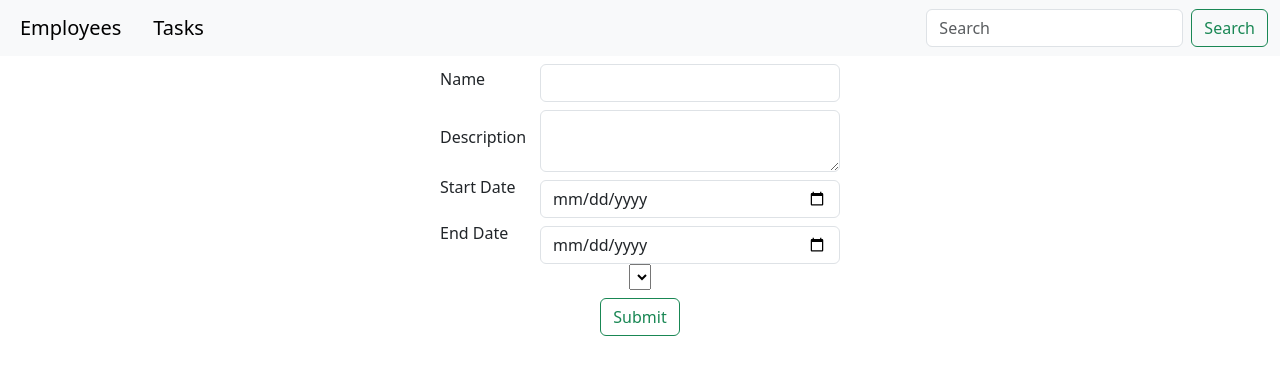
Repository: RaffiBarseghyan/employees
Page: /tasks
An editor plug-in stored every save of this project. The page is shown before and after a run of saves, followed by the edit.
The browser window is 1280 px wide. The pictures show the whole page.
The project was rebuilt for these pictures with package versions that can differ from the ones it lists, and the page was loaded fresh each time. Some packages were replaced by stand-ins written for this rebuild. Also part of the build but not shown: src/App.css, src/Pages/Employees/employees.module.scss, src/Pages/UpDel/upDel.module.scss, src/Pages/UpDel/delete.jsx, src/Pages/Employees/employees.jsx, src/Pages/UpDel/update.jsx.

Above is the page before, as saved 2023-06-15 21:44:49.

### src/App.jsx
import "./App.css";
import Header from "./Pages/Header/header";
import { BrowserRouter, Routes, Route } from "react-router-dom";
import "bootstrap/dist/css/bootstrap.css";
import Employees from "./Pages/Employees/employees";
import Tasks from "./Pages/Tasks/tasks";
import Update from "./Pages/UpDel/update";

function App() {
  return (
    <>
      <BrowserRouter>
        <Header />

        <Routes>
          <Route path="/employees" element={<Employees />} />

          <Route path="/tasks" element={<Tasks />} />
          <Route path="/update" element={<Update />} />
        </Routes>
      </BrowserRouter>
    </>
  );
}

export default App;

### src/Pages/Header/header.jsx
import { Link } from "react-router-dom";
import style from "./header.module.scss";

function Header() {
  return (
    <>
      <nav className="navbar navbar-expand-lg bg-body-tertiary">
        <div className="container-fluid">
          <button
            className="navbar-toggler"
            type="button"
            data-bs-toggle="collapse"
            data-bs-target="#navbarSupportedContent"
            aria-controls="navbarSupportedContent"
            aria-expanded="false"
            aria-label="Toggle navigation"
          >
            <span className="navbar-toggler-icon"></span>
          </button>
          <div className="collapse navbar-collapse" id="navbarSupportedContent">
            <ul className="navbar-nav me-auto mb-2 mb-lg-0">
              <li className="nav-item">
                <Link className={`nav-link navbar-brand active ${style.linkStyle}`} to="/employees">
                  Employees
                </Link>
              </li>
              <li className="nav-item">
                <Link
                  className={`nav-link navbar-brand ${style.linkStyle}`}
                  to="/tasks"
                >
                  Tasks
                </Link>
              </li>
            </ul>
            <form className="d-flex" role="search">
              <input
                className="form-control me-2"
                type="search"
                placeholder="Search"
                aria-label="Search"
              />
              <button className="btn btn-outline-success" type="submit">
                Search
              </button>
            </form>
          </div>
        </div>
      </nav>
    </>
  );
}

export default Header;

### src/Pages/Tasks/tasks.jsx
import style from "./tasks.module.scss";

function Tasks() {
  return (
    <>
      <form
        action="https://rocky-temple-83495.herokuapp.com/tasks"
        method="post"
        target="_blank"
        className={`${style.employeeForm} container`}
      >
        <label htmlFor="name">
          Name
          <input
            className="form-control mt-2 "
            type="text"
            id="name"
            name="name"
          />
        </label>

        <label htmlFor="description">
          Description
          <textarea
            name="description"
            id="description"
            className="form-control mt-2"
          ></textarea>
        </label>

        <label htmlFor="startDate">
          <p>Start Date </p>
          <input
            className="form-control mt-2"
            type="date"
            id="startDate"
            name="startDate"
            placeholder="startDate"
          />
        </label>

        <label htmlFor="endDate">
          <p> End Date</p>
          <input
            className="form-control mt-2"
            type="date"
            id="endDate"
            name="endDate"
            placeholder="endDate"
          />
        </label>
        <label htmlFor="">

        </label>
        <select name="employeeId" id="">

        </select>

        <input
          className="btn btn-outline-success mt-2"
          type="submit"
          value="Submit"
        />
      </form>
    </>
  );
}

export default Tasks;

### src/Pages/Tasks/tasks.module.scss
.employeeForm{
    width: 500px;
    display: flex;
    flex-direction: column;
    align-items: center;
    >label{
        width: 400px;
        display: flex;
        align-items: center;
        flex-direction: row;
        >input{
            width: 300px;
            margin-left: auto;

        }
        >textarea{
            width: 300px;
            margin-left: auto;

        }
    }

}

Loaded but not shown: src/index.js (common file); src/index.css (common file); src/reportWebVitals.js (common file); src/Pages/Header/header.module.scss (no stored copy; drawn as an empty file)

After the next 3 saves:
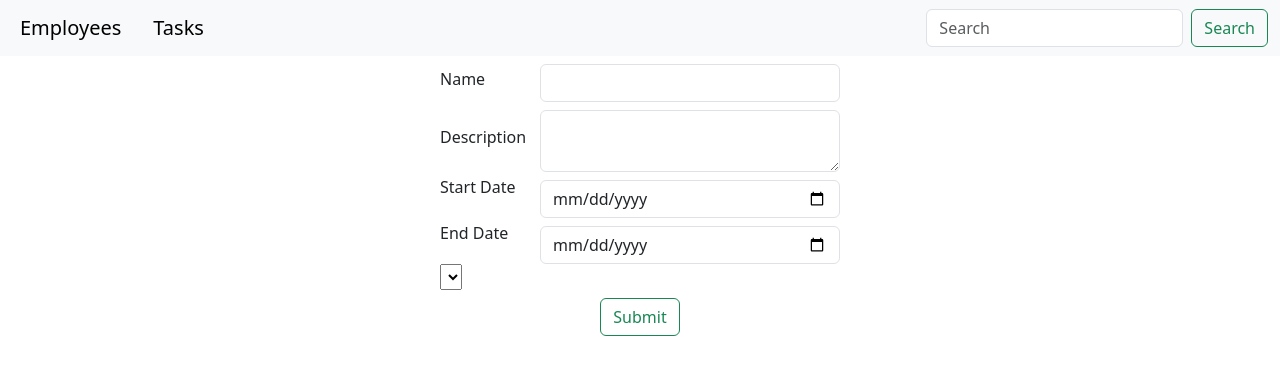
The 3 saves are shown as one change because they came seconds apart.
The last was saved 8 s later.
--- a/src/Pages/Tasks/tasks.jsx
+++ b/src/Pages/Tasks/tasks.jsx
@@ -49,12 +49,9 @@ function Tasks() {
             placeholder="endDate"
           />
         </label>
-        <label htmlFor="">
-
+        <label htmlFor="employeeId">
+          <select name="employeeId" id="employeeId"></select>
         </label>
-        <select name="employeeId" id="">
-
-        </select>
 
         <input
           className="btn btn-outline-success mt-2"
